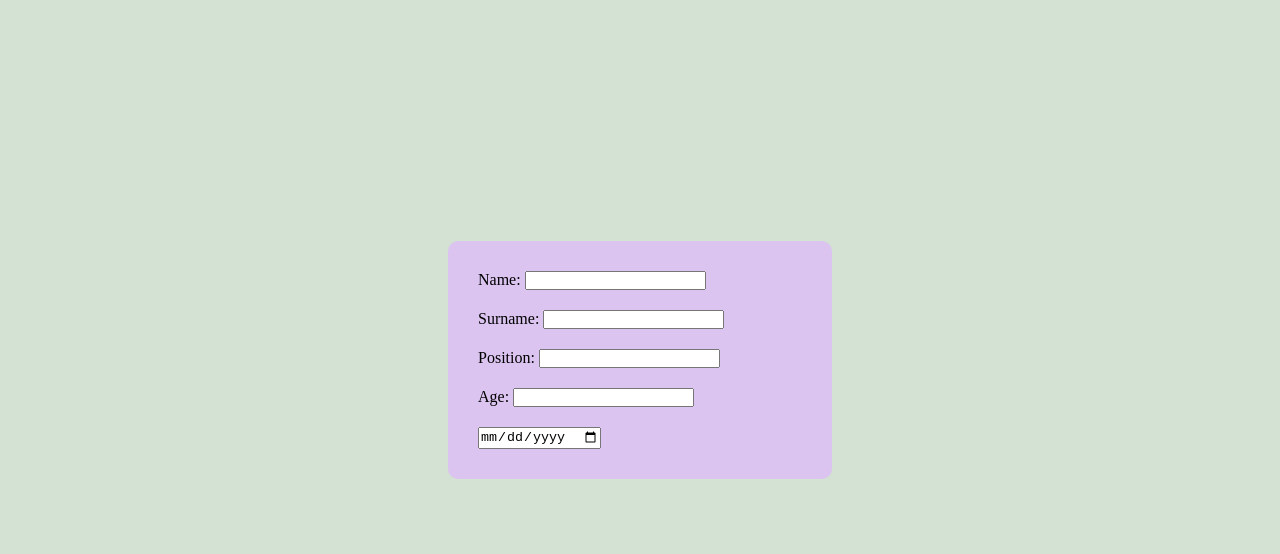
Repository: AytacSafarova/Form-lesson
Page: index.html
These files come from the project's save history. The page is drawn as it stood at one moment and after a run of saves; the edit follows.
The browser window is 1280 px wide. The pictures show the whole page.

Above is the page before, as saved 2023-08-29 14:37:22.

### index.html
<!DOCTYPE html>
<html lang="en">
<head>
    <meta charset="UTF-8">
    <meta name="viewport" content="width=device-width, initial-scale=1.0">
    <title>Document</title>
    <link rel="stylesheet" href="./index.css">
</head>
<body>
    <div>
        <form action="https://randomuser.me/api/">
            <label for="">
                Name:
                <input type="text">
            </label>
            <label for="">
                Surname:
                <input type="text">
            </label>
            <label for="">
                Position:
                <input type="text">
            </label>
            <label for="">
                Age:
                <input type="number">
            </label>
            <label for="">
                <input type="date">
            </label>
        </form>
    </div>
</body>
</html>

### index.css
*{
    margin: 0;
    padding: 0;
    box-sizing: border-box;
}
div{
    background-color: #D4E2D4;
   min-height: 100vh;
   width: 100%;
   display: flex;
   justify-content: center;
   align-items: center;
}
form{
    width: 30%;
    padding: 30px;
    background-color: #DBC4F0;
    border-radius: 10px;
    display: flex;
    flex-direction: column;
    gap: 20px;
}
label{

}

After the next 2 saves:
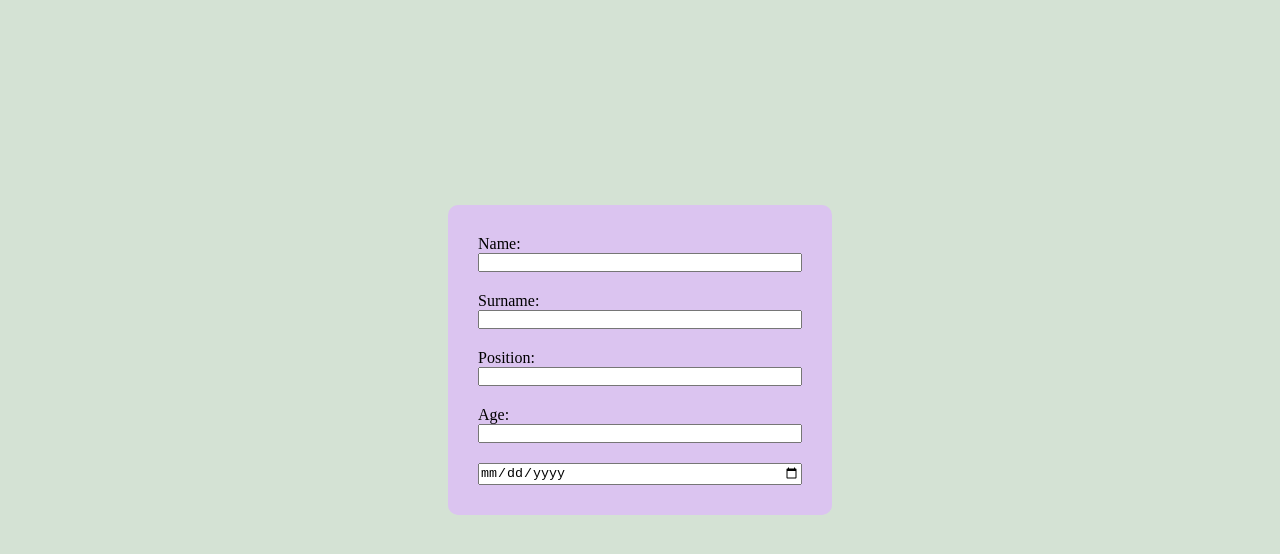
The 2 saves are shown as one change because they came seconds apart.
The last was saved 13 s later.
--- a/index.css
+++ b/index.css
@@ -20,6 +20,6 @@ form{
     flex-direction: column;
     gap: 20px;
 }
-label{
-
+input{
+width: 100%;
 }
